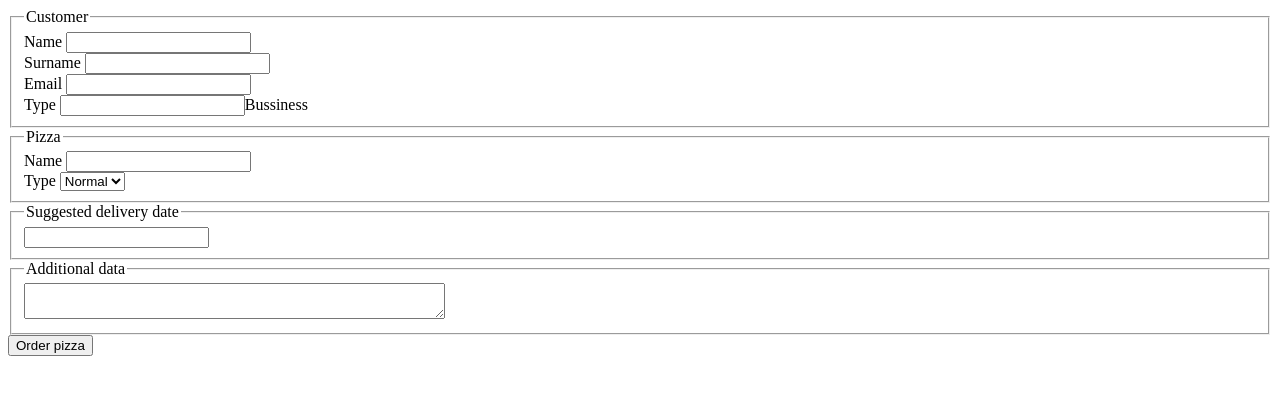
Repository: lukas77pro/html_css_js
Page: html/Test/WebContent/Formularz.html
These files come from the project's save history. The page is drawn as it stood at one moment and after the next save; the edit follows.
The browser window is 1280 px wide. The pictures show the whole page.

Above is the page before, as saved 2015-07-10 11:43:35.

After the next save:
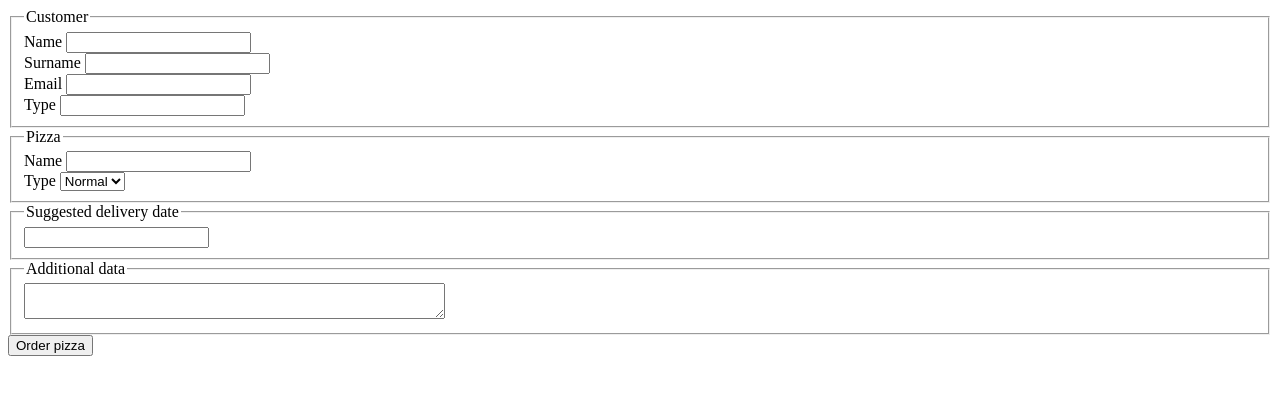
Saved 11 s later.
--- a/html/Test/WebContent/Formularz.html
+++ b/html/Test/WebContent/Formularz.html
@@ -24,7 +24,7 @@
 		</div>
 		<div>
 			<label for="radio1">Type</label> <input type="radio1" name="radio"
-				checked><label for="radio2">Bussiness</label>
+				checked>
 		</div>
 	</fieldset>
 
